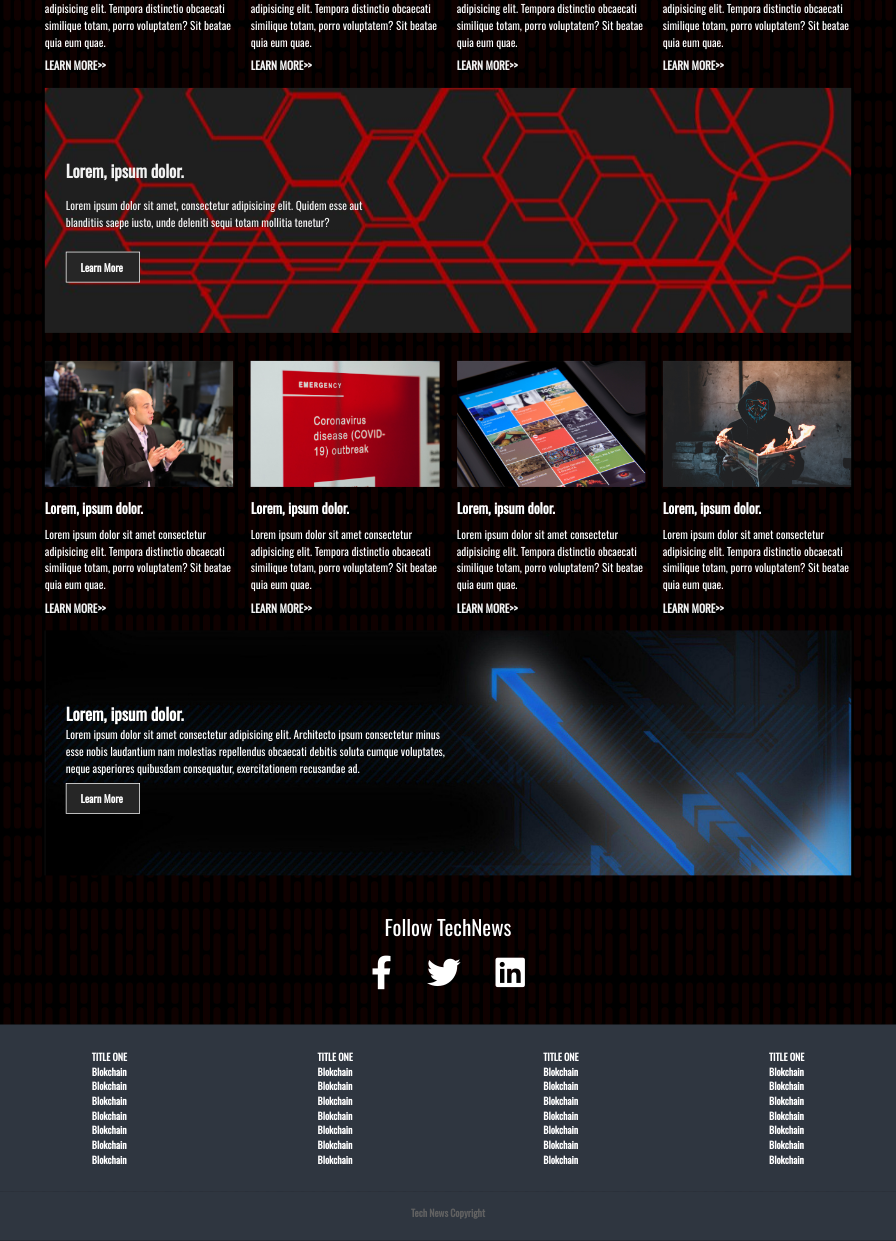
Repository: NickArregoces/News_Web
Page: index.html
The author's editor kept a copy of each file at every save. The page is drawn from the files as they stood at one save, then again after the next save.
The browser window is 1280 px wide. The pictures show the part of the page from y = 911 to 2831 px (the page is 2684 px tall before and 2831 px after), at 70% of full size.

Above is the page before, as saved 2021-12-24 21:18:00.

### index.html
<!DOCTYPE html>
<html lang="en">
<head>
    <meta charset="UTF-8">
    <meta http-equiv="X-UA-Compatible" content="IE=edge">
    <meta name="viewport" content="width=device-width, initial-scale=1.0">
    <title>TechNews</title>
    <!--FONT AWESOME-->
    <link rel="stylesheet" href="https://cdnjs.cloudflare.com/ajax/libs/font-awesome/6.0.0-beta3/css/all.min.css">

    <link rel="stylesheet" href="style.Css">
    <!--Oswald FONTS-->
    <link rel="preconnect" href="https://fonts.googleapis.com">
<link rel="preconnect" href="https://fonts.gstatic.com" crossorigin>
<link href="https://fonts.googleapis.com/css2?family=Oswald:wght@200;300;400&display=swap" rel="stylesheet">
</head>
<body>


    <div class="menu-btn">
        <i class="fas fa-bars fa-2x" ></i><!---fa-2x doble del tamañp-->

    </div>

    <div class="container">

        <nav class ="nav-main">
            <img src="img/brand.png" alt="" class="nav-brand">

            <ul class="nav-menu show">
                <li>
                    <a href="#">Web Development</a>
                </li>
                <li>
                    <a href="#">blochain</a>
                </li>
                <li>
                    <a href="#">Artificial Intelligence</a>
                </li>
                <li>
                    <a href="#">Machine Learning</a>
                </li>
                <li>
                    <a href="#">Quantum Computing</a>
                </li>
                <li>
                    <a href="#">Startup</a>
                </li>
                <li>
                    <a href="#">More</a>
                </li>
            </ul>
            <ul class="nav-menu-right">
                <li>
                    <a href="">
                        <i class="fas fa-search"></i>
                    </a>
                </li>
            </ul>
        </nav>
        <hr> <!--Crea una linea -->


        <!--Showcase=Imagen pricnipal-->
        <header class="showcase">
            <h2>Big News Today</h2>
            <p>Lorem ipsum dolor sit, amet consectetur adipisicing elit. A laboriosam eaque, praesentium suscipit velit harum cupiditate unde corrupti vitae, asperiores beatae quae. Minima veritatis quas blanditiis et assumenda aperiam voluptatum!</p>
        <!--lorem30 te crea 30 palabras-->
            <a class="btn" href="#">Read More>> <i class="fas fa-angles-double-right"></i></a>
        </header>

        <!--NEWS CARDS(COLUMNAS)-->
        <div class="news-cards">
            <div class="">
                <img src="img/news1.jpg" alt="News 1">
                <h3>Lorem, ipsum dolor.</h3>
                <p>Lorem ipsum dolor sit amet consectetur adipisicing elit. Tempora distinctio obcaecati similique totam, porro voluptatem? Sit beatae quia eum quae.</p>
                <a href="">Learn More>><i class="fas fa-amgle-dpuble-right"></i></a>
            </div>
            <div class="">
                <img src="img/news2.jpg" alt="News 2">
                <h3>Lorem, ipsum dolor.</h3>
                <p>Lorem ipsum dolor sit amet consectetur adipisicing elit. Tempora distinctio obcaecati similique totam, porro voluptatem? Sit beatae quia eum quae.</p>
                <a href="">Learn More>><i class fas fa-amgle-dpuble-right></i></a>
            </div>
            <div class="">
                <img src="img/news3.jpg" alt="News 3">
                <h3>Lorem, ipsum dolor.</h3>
                <p>Lorem ipsum dolor sit amet consectetur adipisicing elit. Tempora distinctio obcaecati similique totam, porro voluptatem? Sit beatae quia eum quae.</p>
                <a href="">Learn More>><i class="fas fa-amgle-dpuble-right" ></i></a>
            </div>
            <div class="">
                <img src="img/news4.jpg" alt="News 4">
                <h3>Lorem, ipsum dolor.</h3>
                <p>Lorem ipsum dolor sit amet consectetur adipisicing elit. Tempora distinctio obcaecati similique totam, porro voluptatem? Sit beatae quia eum quae.</p>
                <a href="">Learn More>><i class="fas fa-amgle-dpuble-right"></i></a>
            </div>
        </div>

        <div>

            <section class="cards-banner-one">
                <div class="content">
                    <h2>Lorem, ipsum dolor.</h2>
                    <p>Lorem ipsum dolor sit amet, consectetur adipisicing elit. Quidem esse aut blanditiis saepe iusto, unde deleniti sequi totam mollitia tenetur?</p>
                    <a href="#" class="btn">Learn More <i class="fas fa-amgle-dpuble-right"></i></a>
                </div>

            </section>

            <!--NEWS CARDS(COLUMNAS)-->
        <div class="news-cards">
            <div class="">
                <img src="img/news1.jpg" alt="News 1">
                <h3>Lorem, ipsum dolor.</h3>
                <p>Lorem ipsum dolor sit amet consectetur adipisicing elit. Tempora distinctio obcaecati similique totam, porro voluptatem? Sit beatae quia eum quae.</p>
                <a href="">Learn More>><i class="fas fa-amgle-dpuble-right"></i></a>
            </div>
            <div class="">
                <img src="img/news2.jpg" alt="News 2">
                <h3>Lorem, ipsum dolor.</h3>
                <p>Lorem ipsum dolor sit amet consectetur adipisicing elit. Tempora distinctio obcaecati similique totam, porro voluptatem? Sit beatae quia eum quae.</p>
                <a href="">Learn More>><i class fas fa-amgle-dpuble-right></i></a>
            </div>
            <div class="">
                <img src="img/news3.jpg" alt="News 3">
                <h3>Lorem, ipsum dolor.</h3>
                <p>Lorem ipsum dolor sit amet consectetur adipisicing elit. Tempora distinctio obcaecati similique totam, porro voluptatem? Sit beatae quia eum quae.</p>
                <a href="">Learn More>><i class="fas fa-amgle-dpuble-right" ></i></a>
            </div>
            <div class="">
                <img src="img/news4.jpg" alt="News 4">
                <h3>Lorem, ipsum dolor.</h3>
                <p>Lorem ipsum dolor sit amet consectetur adipisicing elit. Tempora distinctio obcaecati similique totam, porro voluptatem? Sit beatae quia eum quae.</p>
                <a href="">Learn More>><i class="fas fa-amgle-dpuble-right"></i></a>
            </div>
        </div>

        <section class="cards-banner-two">
            <div class="content">
                <h2>Lorem, ipsum dolor.</h2>
                <p>Lorem ipsum dolor sit amet consectetur adipisicing elit. Architecto ipsum consectetur minus esse nobis laudantium nam molestias repellendus obcaecati debitis soluta cumque voluptates, neque asperiores quibusdam consequatur, exercitationem recusandae ad.</p>
                <a href="#" class="btn">Learn More <i class="fas fa-angles-double-right"></i> </a>
            </div>
        </section>

        <section class="social">

                <p> Follow TechNews</p>
                <div class="links">
                    <a href="#"><!--Se crean lo iconos automaticamente-->
                        <i class="fab fa-facebook-f"></i>
                    </a>
                <a href="#">
                    <i class="fab fa-twitter"></i>
                </a>
                <a href="#">
                    <i class="fab fa-linkedin"></i>
                </a>

                </div>

        </section>

        </div>

    </div>

    <div class="footer-links">
        <div class="footer-container">
            <ul>
                <li>
                    <a href="#">
                        <h3>TITLE ONE</h3>
                    </a>
                </li>
                <li>
                    <a href="#">
                        <h3>Blokchain</h3>
                    </a>
                </li>
                <li>
                    <a href="#">
                        <h3>Blokchain</h3>
                    </a>
                </li>
                <li>
                    <a href="#">
                        <h3>Blokchain</h3>
                    </a>
                </li>
                <li>
                    <a href="#">
                        <h3>Blokchain</h3>
                    </a>
                </li>
                <li>
                    <a href="#">
                        <h3>Blokchain</h3>
                    </a>
                </li>
                <li>
                    <a href="#">
                        <h3>Blokchain</h3>
                    </a>
                </li>
                <li>
                    <a href="#">
                        <h3>Blokchain</h3>
                    </a>
                </li>
            </ul>

            <ul>
                <li>
                    <a href="#">
                        <h3>TITLE ONE</h3>
                    </a>
                </li>
                <li>
                    <a href="#">
                        <h3>Blokchain</h3>
                    </a>
                </li>
                <li>
                    <a href="#">
                        <h3>Blokchain</h3>
                    </a>
                </li>
                <li>
                    <a href="#">
                        <h3>Blokchain</h3>
                    </a>
                </li>
                <li>
                    <a href="#">
                        <h3>Blokchain</h3>
                    </a>
                </li>
                <li>
                    <a href="#">
                        <h3>Blokchain</h3>
                    </a>
                </li>
                <li>
                    <a href="#">
                        <h3>Blokchain</h3>
                    </a>
                </li>
                <li>
                    <a href="#">
                        <h3>Blokchain</h3>
                    </a>
                </li>
            </ul>

            <ul>
                <li>
                    <a href="#">
                        <h3>TITLE ONE</h3>
                    </a>
                </li>
                <li>
                    <a href="#">
                        <h3>Blokchain</h3>
                    </a>
                </li>
                <li>
                    <a href="#">
                        <h3>Blokchain</h3>
                    </a>
                </li>
                <li>
                    <a href="#">
                        <h3>Blokchain</h3>
                    </a>
                </li>
                <li>
                    <a href="#">
                        <h3>Blokchain</h3>
                    </a>
                </li>
                <li>
                    <a href="#">
                        <h3>Blokchain</h3>
                    </a>
                </li>
                <li>
                    <a href="#">
                        <h3>Blokchain</h3>
                    </a>
                </li>
                <li>
                    <a href="#">
                        <h3>Blokchain</h3>
                    </a>
                </li>
            </ul>

            <ul>
                <li>
                    <a href="#">
                        <h3>TITLE ONE</h3>
                    </a>
                </li>
                <li>
                    <a href="#">
                        <h3>Blokchain</h3>
                    </a>
                </li>
                <li>
                    <a href="#">
                        <h3>Blokchain</h3>
                    </a>
                </li>
                <li>
                    <a href="#">
                        <h3>Blokchain</h3>
                    </a>
                </li>
                <li>
                    <a href="#">
                        <h3>Blokchain</h3>
                    </a>
                </li>
                <li>
                    <a href="#">
                        <h3>Blokchain</h3>
                    </a>
                </li>
                <li>
                    <a href="#">
                        <h3>Blokchain</h3>
                    </a>
                </li>
                <li>
                    <a href="#">
                        <h3>Blokchain</h3>
                    </a>
                </li>
            </ul>
        </div>
    </div>

    <footer class="footer">
        <h3>Tech News Copyright</h3>
    </footer>

    <script src="./main.js" ></script>
</body>
</html>

### style.Css
*{
    box-sizing: border-box;
    margin: 0;
    padding: 0;
}

body{
    background:#000000;
    color:#ffff;
    background-color: #000000;
    background-image: url("data:[embedded picture, 663 characters]");
    font-size: 16px;
    font-family: 'Oswald', sans-serif;
}

a{
    color: #ffff;
    text-decoration: none;
}

ul{
    list-style: none;
}
.container{
    width: 90%;/*responsive*/
    margin: auto;
    color: #ffff;/*MIO*/
}
/*Navigation*/
.nav-main{
    font-size: 17px;
    display: flex;/*Elememnto al lado de otro*/
    justify-content: space-between;
    align-items: center;
    height: 60px;
    padding: 20px 0px;
}
.nav-brand{
    width: 50px;
}

/*Nav Left*/
.nav-main ul{
    display:flex;
}

.nav-main ul li{
    padding: 10px;
}

.nav-main ul li a{
    padding: 6px;
}

.nav-main ul li a:hover {
    border-bottom: 2px solid #ffffff;
}
.nav-main ul.nav-menu{
    flex:1;
    margin-left: 20px;
}

.menu-btn {
    position: absolute;
    cursor: pointer;
    top: 15px;
    right: 30px;
    z-index: 2;
}

/*Showcase*/
hr{
    margin:10px 0px;
}
.showcase{
    width: 100%;
    height: 550px;
    /*Arreglar img */
    background: url(/img/showcase2.jpg) no-repeat center center/cover;
    padding: 50px;
    margin-bottom: 20px;/*Margen interna*/
    display:flex;
    flex-direction: column;
    align-items: center;/*centrar P*/
    justify-content: flex-end; /*p al final*/
}

.btn{
    cursor: pointer;
    display: inline-block;
    border: 0;
    font-weight: bold;
    padding: 10px 20px;
    background: #262626;
    color:#ffffff;
    font-size: 15px;
    border: 1px solid #ffff;
    margin:10px 0px;
}

.btn:hover{
    opacity: 0.7;
}

.showcase h2,
.showcase p{
    margin-bottom: 10px;
}

/*News CARS*/
.news-cards{
    display: grid;
    grid-template-columns: 1fr 1fr 1fr 1fr;/*4 columnas*/
    gap: 25px;/*espaciado card*/
    margin: 10px 0;
}

.news-cards img{
    width:100%;
    height:  180px;
}

.news-cards h3{
    font-size: 20px;
    margin:  10px 0;

}

.news-cards a{
    padding: 10px 0;
    color: #f2f2f2;
    text-transform: uppercase;
    display: inline-block;
    font-weight: bold;
}

.news-cards a:hover{
    text-decoration: underline; /*Line debajo*/
}

/*Cards-banner-one*/

.cards-banner-one {
    width: 100%;
    height: 350px;
    background: url(./img/tech-red.jpg) no-repeat center/cover;;
    margin-bottom: 40px;
}
.cards-banner-one .content{
    width: 40%;
    padding: 90px 0 0 30px;
    color: #f2f2f2;
}

.cards-banner-one p,
.cards-banner-one h2{
    margin: 10px 0 20px 0;
}

/*CARDS BANNER TWO*/

.cards-banner-two{
    background: url(./img/image-five.jpg) no-repeat center/cover;
    width: 100%;
    height: 350px;
}

.cards-banner-two .content{
    width: 50%;
    padding: 100px 0 0 30px;
}

/*Social*/
.social{
    margin: 50px;
}

.social p{
    text-align: center;
    font-size: 30px;
    margin-bottom: 20px;
}

.links{
    display: flex;
    align-items: center;
    justify-content: center;
}

.links a{
    margin: 0 25px;
}
.links a i{
    font-size: 3rem;
}

/*Footer-Links*/

.footer-links{
    background: #2f3640;
    color: #616161;
    font-size: 12px;
    padding: 35px 0;
}

.footer-container {
    display: grid;/*activa grid*/
    grid-template-columns: repeat(4, 1fr);
    gap: 10px;
    align-items: flex-start;
    justify-content: center;
}

.footer-container ul{
    margin:0 auto; /*Automaticamente margen separadas*/
}
.footer-container ul li{
    line-height: 2.8¿;
}

.footer{
    background: #2f3640;
    color: #616161;
    font-size: 12px;
    padding:20px 0;
    text-align: center;
    padding-bottom: 30px;
}

/*!RESPONSIVE*/
@media (max-width: 700px) {

    .nav-main ul.nav-menu{
        display: block; /*Los elementos de bajan en linea*/
        position: absolute;
        top: 0;
        left: 0;/*Para que quede al borde*/
        background: #2f3640;
        height: 100%;
        padding: 30px;
        opacity: .9;
        transform: translateX(-400px);/*se muestre el boton*/
        transition: transform .5s ease-in-out ;
    }

    .nav-main ul.nav-menu.show{
        transform: translateX(-20px);
    }

    .nav-main ul.nav-menu li{
        padding: 20px;
        /*border-bottom: #ccc solid 1px  para borde abajo*/
        font-size: 14px;
    }

    .nav-main ul.nav-menu-right{
        margin-right: 40px;
    }
    .news-cards {
        grid-template-columns: repeat(2, 1fr);
    }

    .cards-banner-one .content,
    .cards-banner-two .content{
        width: 80%;
    }

    .footer-links .footer-container{
        grid-template-columns: repeat(2, 1fr);
    }
}

@media (max-width: 500px) {
    .news-cards {
        grid-template-columns: 1fr;/* 1 columna*/
    }

    .news-cards img{
        height:  270px;
    }

    .cards-banner-two .content,
    .cards-banner-one .content{
        width: 100%;
        padding: 60px 20px;
    }

    .footer-links .footer-container{
        grid-template-columns: 1fr;
    }
}

### main.js
// boton
document.querySelector('.menu-btn').addEventListener('click', () => {// seleccionar un documento clase btn
    document.querySelector('.nav-menu').classList.toggle('show'); // claslist añadir o quitar la clase show
});

After the next save:
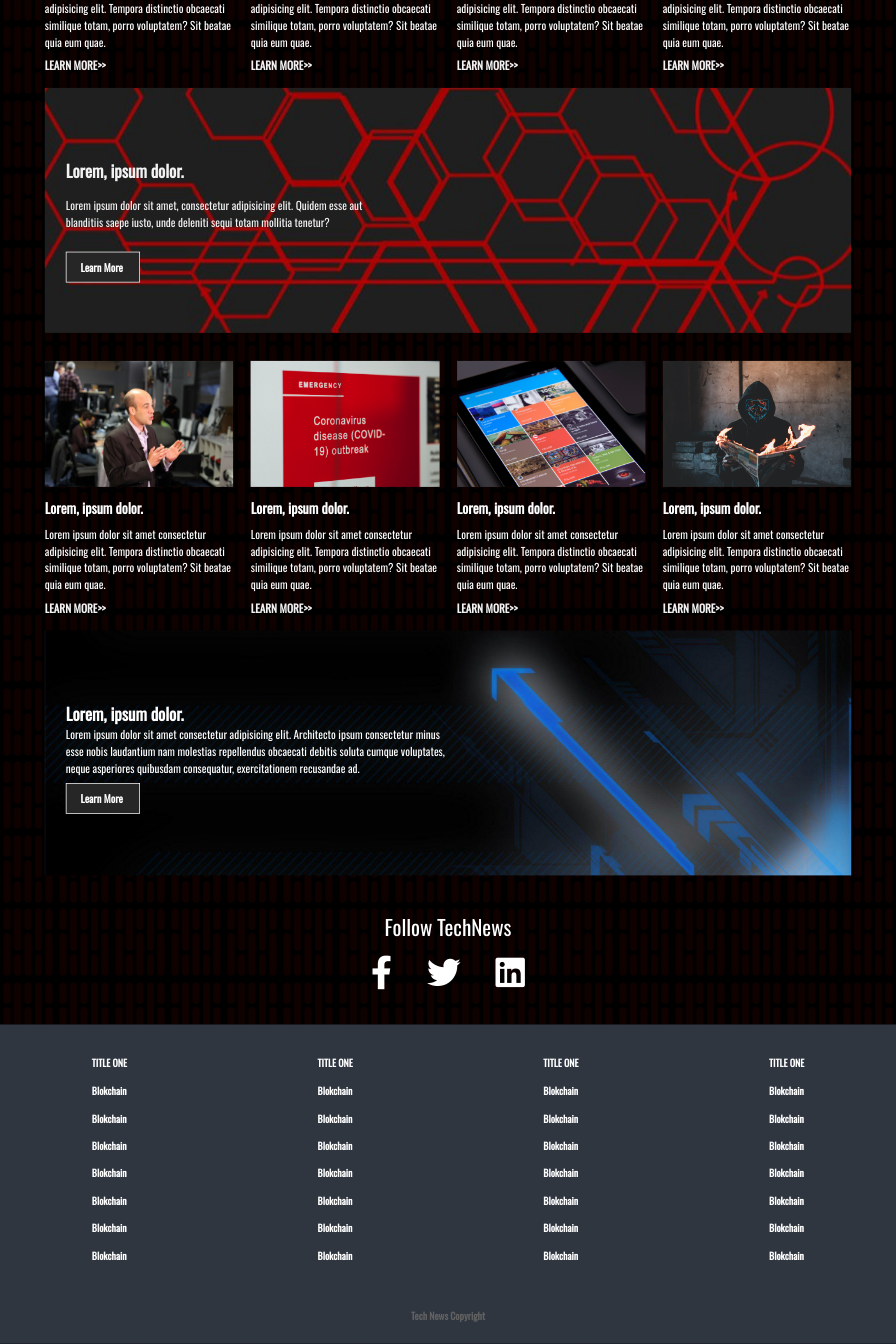
Saved 4 s later.
--- a/style.Css
+++ b/style.Css
@@ -215,7 +215,7 @@ hr{
     margin:0 auto; /*Automaticamente margen separadas*/
 }
 .footer-container ul li{
-    line-height: 2.8¿;
+    line-height: 2.8;
 }
 
 .footer{
